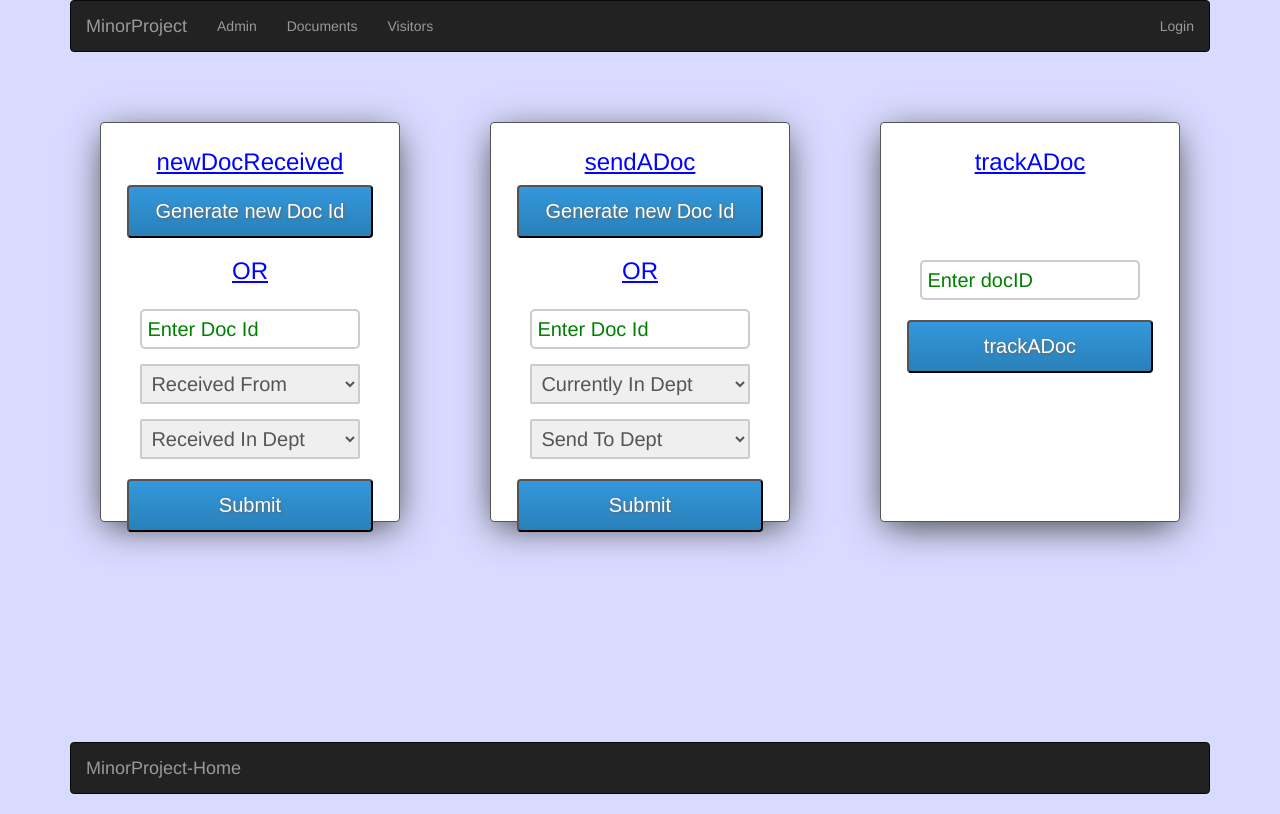
Repository: javaSingh/java
Page: workspace/minorProjectWithInder7thSem2/WebContent/index.html
An editor plug-in stored every save of this project. The page is shown before and after the next save, followed by the edit.
The browser window is 1280 px wide. The pictures show the whole page.
Some web libraries are served in a nearby version.

Above is the page before, as saved 2014-10-21 14:28:05.

After the next save:
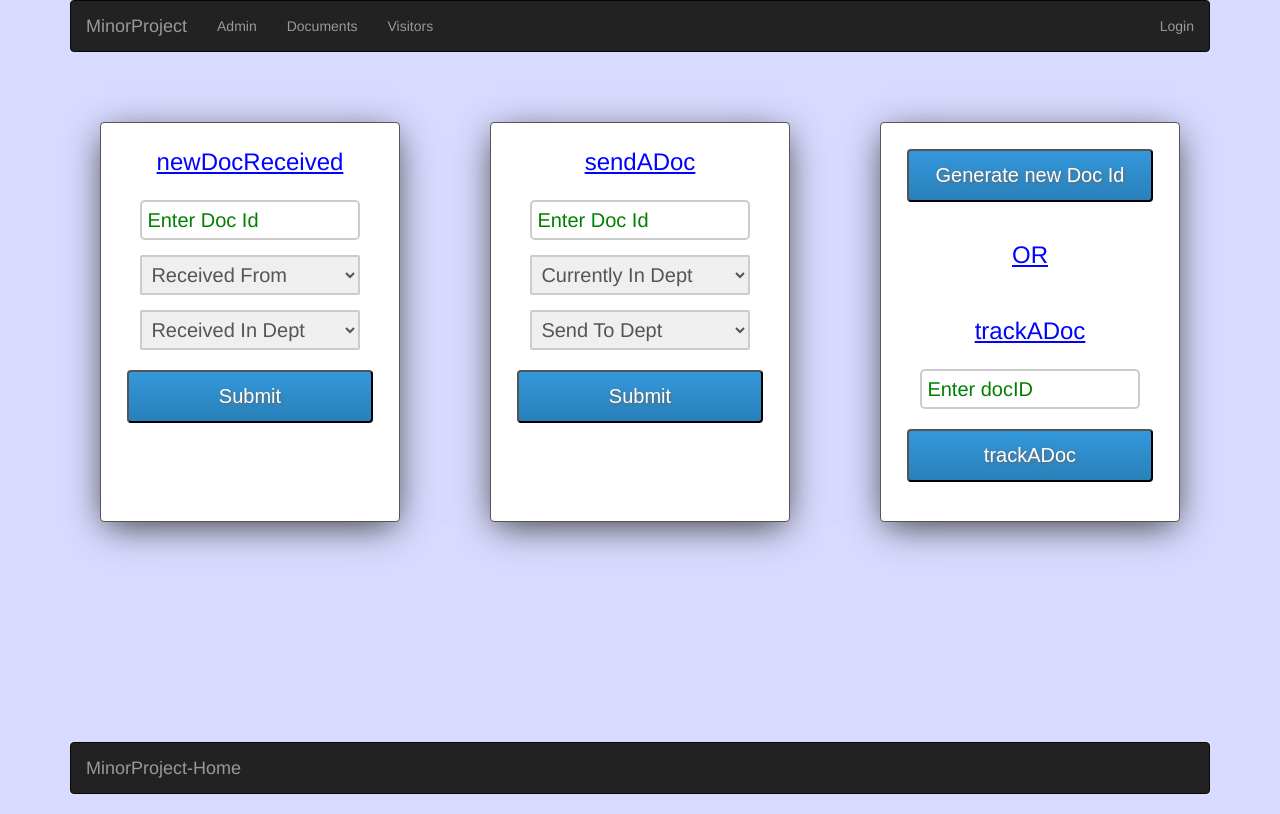
Saved 33 s later.
--- a/workspace/minorProjectWithInder7thSem2/WebContent/index.html
+++ b/workspace/minorProjectWithInder7thSem2/WebContent/index.html
@@ -59,24 +59,13 @@
 </nav>
 <div class='top'></div>
 <div class='row'>
-<div class='col-lg-4'>
+<div class='col-sm-4'>
 
 <div class='loginform form-control'>
 
 <p class='loginword'>
 <h3>
 newDocReceived
-</h3>
-</p>
-
-<form action='Serv3'>
-<input type='submit' class='submitbuttoninner' value='Generate new Doc Id'></input>
-<br>
-</form>
-
-<p class='loginword'>
-<h3>
-OR
 </h3>
 </p>
 <form action='Serv1'>
@@ -109,7 +98,7 @@ OR
 
 
 
-<div class='col-lg-4'>
+<div class='col-sm-4'>
 
 
 
@@ -122,16 +111,6 @@ sendADoc
 </h3>
 </p>
 
-<form action='Serv3'>
-<input type='submit' class='submitbuttoninner' value='Generate new Doc Id'></input>
-<br>
-</form>
-
-<p class='loginword'>
-<h3>
-OR
-</h3>
-</p>
 
 
 <form action='Serv2'>
@@ -170,19 +149,32 @@ OR
 
 
 
-<div class='col-lg-4'>
+<div class='col-sm-4'>
 
 
 
 
 <div class='loginform form-control'>
+<br>
+<form action='Serv3'>
+<input type='submit' class='submitbuttoninner' value='Generate new Doc Id'></input>
+<br>
+</form>
+<br>
+<p class='loginword'>
+<h3>
+OR</h3>
+</p><br>
+
+
+
 
 <p class='loginword'>
 <h3>
 trackADoc
 </h3>
 </p>
-<br><br><br>
+
 
 <form action='trackdoc.jsp' method='post'>
 <input type='number' name='docid' placeholder='Enter docID' required></input>
@@ -204,7 +196,7 @@ trackADoc
 </div>
 <div class='below'></div>
 <div class='row'>
-<div class='col-lg-12'>
+<div class='col-sm-12'>
 <div class='myfooter'>
 <nav role='navigation' class='navbar navbar-inverse'>
     <!-- Brand and toggle get grouped for better mobile display -->
